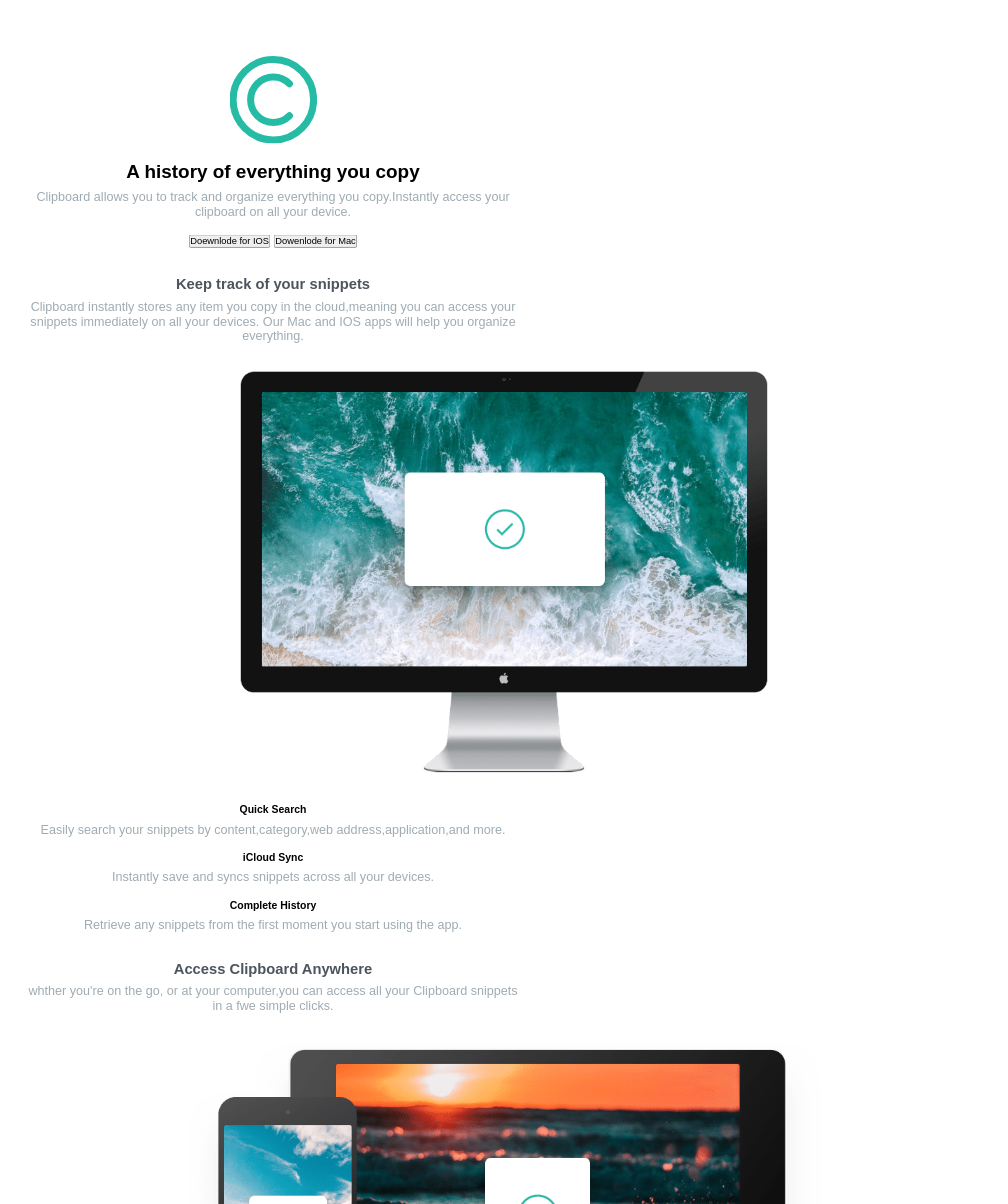
Repository: moataz305G/Clipboard-landing-page
Page: index.html
The author's editor kept a copy of each file at every save. The page is drawn from the files as they stood at one save, then again after the next save.
The browser window is 1280 px wide. The page is 1440 px wide, so the pictures cover 1440 px, including what lies to the right of the window. The pictures show the part of the page from y = 0 to 1720 px (the page is 3073 px tall before and 2933 px after), at 70% of full size.

Above is the page before, as saved 2025-12-04 11:42:59.

### index.html
<!DOCTYPE html>
<html lang="en">
  <head>
    <meta charset="UTF-8" />
    <meta name="viewport" content="width=device-width, initial-scale=1.0" />

    <link
      rel="icon"
      type="image/png"
      sizes="32x32"
      href="./images/favicon-32x32.png"
    />
    <title>Clipboard landing page</title>
    <link rel="stylesheet" href="style.css" />
  </head>
  <body>
    <div class="container">
      <article>
        <div class="hero">
          <img class="logo" src="images/logo.svg" alt="Clipboard Logo" />

          <h2>A history of everything you copy</h2>
          <p>
            Clipboard allows you to track and organize everything you
            copy.Instantly access your clipboard on all your device.
          </p>
          <button class="IOS-button">Doewnlode for IOS</button>
          <button class="Mac-button">Dowenlode for Mac</button>
        </div>

        <div class="snippets">
          <h3>Keep track of your snippets</h3>
          <p>
            Clipboard instantly stores any item you copy in the cloud,meaning
            you can access your snippets immediately on all your devices. Our
            Mac and IOS apps will help you organize everything.
          </p>
        </div>

        <img
          class="image-computer"
          src="images/image-computer.png"
          alt="Fuatures "
        />
        <div class="fuatures">
          <div>
            <h5>Quick Search</h5>
            <p>
              Easily search your snippets by content,category,web
              address,application,and more.
            </p>
          </div>
          <div>
            <h5>iCloud Sync</h5>
            <p>Instantly save and syncs snippets across all your devices.</p>
          </div>
          <div>
            <h5>Complete History</h5>
            <p>
              Retrieve any snippets from the first moment you start using the
              app.
            </p>
          </div>
        </div>

        <div class="access-anywhere">
          <h3>Access Clipboard Anywhere</h3>
          <p>
            whther you're on the go, or at your computer,you can access all your
            Clipboard snippets in a fwe simple clicks.
          </p>
        </div>

        <img
          class="img-device"
          src="images/image-devices.png"
          alt="image-access-clipboard"
        />

        <div class="workflow">
          <h3>Supercharge your workflow</h3>
          <p>We've got the tools tomboost your productivity.</p>
        </div>

        <div class="tools">
          <div class="blacklist">
            <img src="images/icon-blacklist.svg " />
            <h3>Creat blacklists</h3>
            <p>
              Ensure sensitive information never makes it way to your clipboard
              by excluding certain sources.
            </p>
          </div>

          <div class="Plane-text">
            <img src="images/icon-text.svg" />
            <h3>Plane text snippets</h3>
            <p>
              Remove unwanted formatting from copied text for a consisitent
              look.
            </p>
          </div>

          <div class="preview">
            <img src="images/icon-preview.svg " />
            <h3>Sneak preview</h3>
            <p>
              Quick preview of all snippets on your clipboard for easy access
            </p>
          </div>
        </div>

        <div class="bag-campany">
          <img src="images/logo-google.png" />
          <img src="images/logo-ibm.png" />
          <img src="images/logo-microsoft.png" />
          <img src="images/logo-hp.png" />
          <img src="images/logo-vector-graphics.png" />
        </div>

        <div class="Doewnlode">
          <h3>Clipboard for iOS and Mac OS</h3>
          <p>
            Available for free on the app store,Download for Mac or ios, sync
            with iCloud and you're ready to start adding to your clipboard.
          </p>
          <button>Download for iOS</button>
          <button>Download for Mac</button>
        </div>
      </article>

      <footer>
        <div class="links">
          <ul>
            <li><a link="#">FAQs</a></li>
            <li><a link="#">Contact Us</a></li>
            <li><a link="#">Privacy Policy</a></li>
          </ul>
        </div>
        <div class="meadea">
          <img src="images/icon-facebook.svg" />
          <img src="images/icon-twitter.svg" />
          <img src="images/icon-instagram.svg" />
        </div>
      </footer>
    </div>
  </body>
</html>

### style.css
* {
  margin: 0;
  padding: 0;
}
body {
  width: 1440px;
  height: auto;
  margin: 0 auto;
  font-size: 18px;
  font-family: sans-serif;
}
h2 {
  color: #000;
  margin-top: 20px;
  margin-bottom: 10px;
}
h3 {
  color: #4c545d;
  margin-top: 20px;
  margin-bottom: 10px;
}
p {
  color: #9fabb2;
  margin-top: 10px;
  margin-bottom: 20px;
}

.container {
  display: grid;
  text-align: center;
  padding: 40px;
}
.hero,
.snippets,
.fuatures,
.access-anywhere,
.tools,
.workflow,
.bag-campany,
.Doewnlode {
  margin: 40px 0;
}
article div {
  max-width: 700px;
  text-align: center;
}

After the next save:
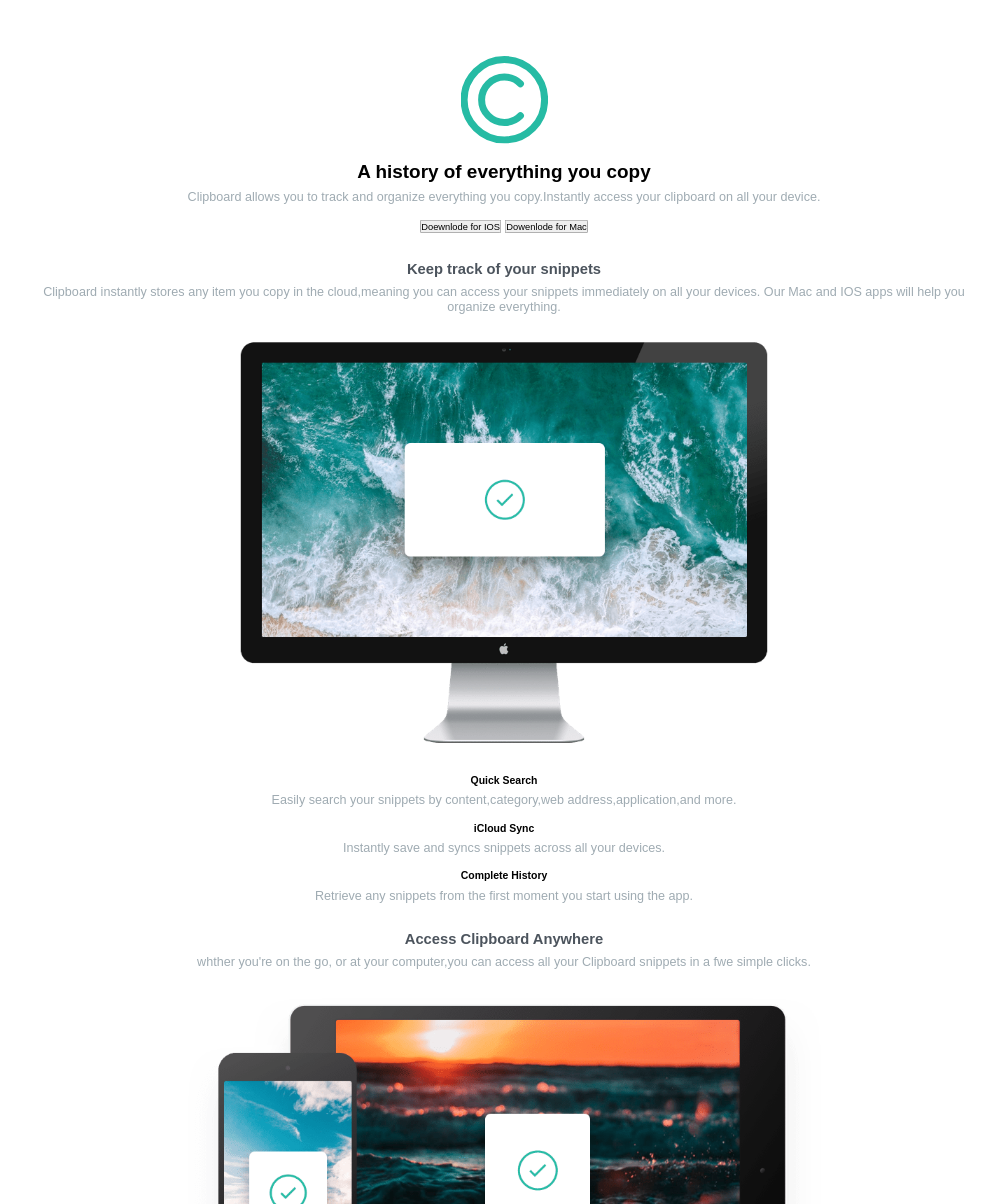
Saved 8 h 26 min later.
--- a/style.css
+++ b/style.css
@@ -41,6 +41,5 @@
   margin: 40px 0;
 }
 article div {
-  max-width: 700px;
   text-align: center;
 }
